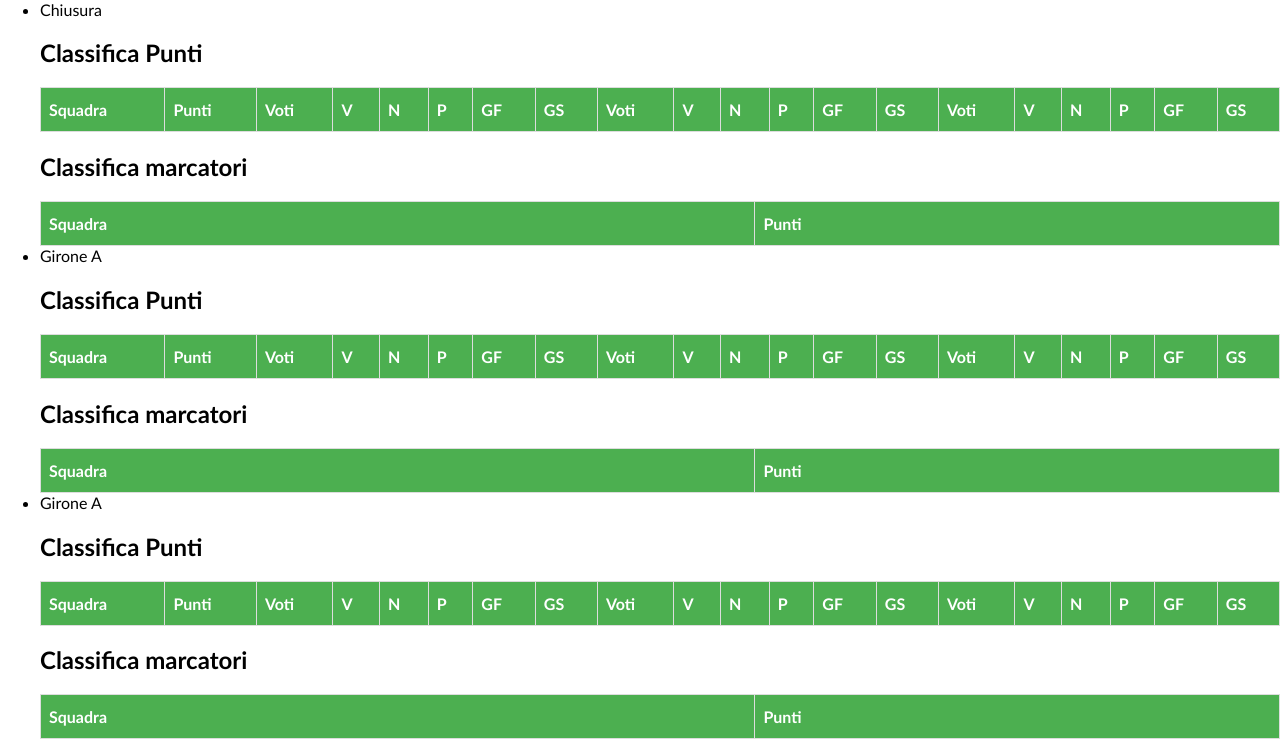
Repository: giuseppeaurilio/susyleague
Page: http://localhost/display_classifiche_peppe.php
These files come from the project's save history. The page is drawn as it stood at one moment and after the next save; the edit follows.
The browser window is 1280 px wide. The pictures show the part of the page from y = 571 to 1523 px (the page is 1326 px tall before and 1573 px after).
The page is run by PHP 8.4 with error messages shown; the project is at /var/www/html/. Style sheets and scripts are compiled from the project's sources, by tool versions that may differ from the author's. The database holds what the project's SQL file puts in it.

Above is the page before, as saved 2019-08-29 18:35:36.

### site/display_classifiche_peppe.php
<?php
include "menu.php";

?>
<link href="style.css" rel="stylesheet" type="text/css">

<style>
body{
	font-family: "Trebuchet MS", Arial, Helvetica, sans-serif;
}
table{
	border-collapse: collapse;
	width: 100%;
}
table th, table td{
	border: 1px solid #ddd;
	padding: 8px;
	}
table tr:nth-child(even){
	background-color: #f2f2f2;
	}
table tr:hover {
	background-color: #ddd;
	}
table th {
	padding-top: 12px;
	padding-bottom: 12px;
	text-align: left;
	background-color: #4CAF50;
	color: white;
}
</style>
<?php
    class RigaClassifica{
        public $idSquadra;
        public $squadra;
        public $punti;
        public $marcatori;
        public $vittorie;
        public $pareggi;
        public $sconfitte;
        public $golfatti;
        public $golsubiti;
        public $marcatoricasa;
        public $vittoriecasa;
        public $pareggicasa;
        public $sconfittecasa;
        public $golfatticasa;
        public $golsubiticasa;
        public $marcatoritrasf;
        public $vittorietrasf;
        public $pareggitrasf;
        public $sconfittetrasf;
        public $golfattitrasf;
        public $golsubititrasf;
    }
    function cmp($a, $b)
    {
        return $a->marcatori < $b->marcatori;
    }
?>
<ul>
<?php
include "display_classifica_apertura.php";
include "display_classifica_chiusura.php";
include "display_classifica_coppa_a.php";
include "display_classifica_coppa_b.php";
?>
</ul>

### site/dbinfo_susyleague.inc.php
<?php
$username="id258940_susy79";
$password="andspe79";
$database="id258940_susy_league";
$localhost = "localhost";
?>

### site/display_classifica_apertura.php
<?php
include "dbinfo_susyleague.inc.php";
#echo $username;
// Create connection
$conn = new mysqli($localhost, $username, $password, $database);

// Check connection
if ($conn->connect_error) {
    die("Connection failed: " . $conn->connect_error);
}
$idgirone=1;
// echo "Connected successfully";
$queryclassifica='CALL getClassifica('.$idgirone.')';
// print_r($queryclassifica);
$result_girone = $conn->query($queryclassifica) or die($conn->error);
// print_r($result_girone);
$arraysquadre = array();
    //recupero i dati dal DB e li trasferisco nell'array di oggetti
while ($row = $result_girone->fetch_assoc()) {
    $temp = new RigaClassifica();
    // print_r($row );
    $temp->idSquadra = $row["idsquadra"];
    $temp->squadra = $row["squadra"];
    $temp->punti = $row["punti"];
    $temp->marcatori = $row["marcatori"];
    $temp->vittorie = $row["vittorie"];
    $temp->pareggi = $row["pareggi"];
    $temp->sconfitte = $row["sconfitte"];
    $temp->golfatti = $row["golfatti"];
    $temp->golsubiti = $row["golsubiti"];
    $temp->marcatoricasa = $row["marcatoric"];
    $temp->vittoriecasa = $row["vittoriec"];
    $temp->pareggicasa = $row["pareggic"];
    $temp->sconfittecasa = $row["sconfittec"];
    $temp->golfatticasa = $row["golfattic"];
    $temp->golsubiticasa = $row["golsubitic"];

    $temp->marcatoritrasf = $row["marcatorit"];
    $temp->vittorietrasf = $row["vittoriet"];
    $temp->pareggitrasf = $row["pareggit"];
    $temp->sconfittetrasf = $row["sconfittet"];
    $temp->golfattitrasf = $row["golfattit"];
    $temp->golsubititrasf = $row["golsubitit"];
    array_push($arraysquadre,$temp);
}
$conn->close();

// print("<pre>".print_r($arraysquadre,true)."</pre>").'<br>';
?>

<li>Apertura </li>

<h2>Classifica Punti</h2>
<table >
<tr>

<th>Squadra</th>
<th>Punti</th>
<th>Voti</th>
<th>V</th>
<th>N</th>
<th>P</th>
<th>GF</th>
<th>GS</th>
<th>Voti</th>
<th>V</th>
<th>N</th>
<th>P</th>
<th>GF</th>
<th>GS</th>
<th>Voti</th>
<th>V</th>
<th>N</th>
<th>P</th>
<th>GF</th>
<th>GS</th>

</tr>
<?php
foreach($arraysquadre as $squadra){
    echo '<tr>';
        echo '<td>'.$squadra->squadra.'</td>';
        echo '<td>'.$squadra->punti.'</td>';
        echo '<td>'.$squadra->marcatori.'</td>';
        echo '<td>'.$squadra->vittorie.'</td>';
        echo '<td>'.$squadra->pareggi.'</td>';
        echo '<td>'.$squadra->sconfitte.'</td>';
        echo '<td>'.$squadra->golfatti.'</td>';
        echo '<td>'.$squadra->golsubiti.'</td>';
        echo '<td>'.$squadra->marcatoricasa.'</td>';
        echo '<td>'.$squadra->vittoriecasa.'</td>';
        echo '<td>'.$squadra->pareggicasa.'</td>';
        echo '<td>'.$squadra->sconfittecasa.'</td>';
        echo '<td>'.$squadra->golfatticasa.'</td>';
        echo '<td>'.$squadra->golsubiticasa.'</td>';
        echo '<td>'.$squadra->marcatoritrasf.'</td>';
        echo '<td>'.$squadra->vittorietrasf.'</td>';
        echo '<td>'.$squadra->pareggitrasf.'</td>';
        echo '<td>'.$squadra->sconfittetrasf.'</td>';
        echo '<td>'.$squadra->golfattitrasf.'</td>';
        echo '<td>'.$squadra->golsubititrasf.'</td>';
    echo '</tr>';
}
?>
</table>

<?php


usort($arraysquadre, "cmp");
?>

<h2>Classifica marcatori</h2>
<table >
<tr>
<th>Squadra</th>
<th>Punti</th>
</tr>

<?php
foreach($arraysquadre as $squadra){
    echo '<tr>';
        echo '<td>'.$squadra->squadra.'</td>';
        echo '<td>'.$squadra->marcatori.'</td>';

    echo '</tr>';
}
?>
</table>

### site/display_classifica_chiusura.php
<?php
include "dbinfo_susyleague.inc.php";
#echo $username;
// Create connection
$conn = new mysqli($localhost, $username, $password, $database);

// Check connection
if ($conn->connect_error) {
    die("Connection failed: " . $conn->connect_error);
}
$idgirone=2;
// echo "Connected successfully";
$queryclassifica='CALL getClassifica('.$idgirone.')';
// print_r($queryclassifica);
$result_girone = $conn->query($queryclassifica) or die($conn->error);
// print_r($result_girone);
$arraysquadre = array();
    //recupero i dati dal DB e li trasferisco nell'array di oggetti
while ($row = $result_girone->fetch_assoc()) {
    $temp = new RigaClassifica();
    // print_r($row );
    $temp->idSquadra = $row["idsquadra"];
    $temp->squadra = $row["squadra"];
    $temp->punti = $row["punti"];
    $temp->marcatori = $row["marcatori"];
    $temp->vittorie = $row["vittorie"];
    $temp->pareggi = $row["pareggi"];
    $temp->sconfitte = $row["sconfitte"];
    $temp->golfatti = $row["golfatti"];
    $temp->golsubiti = $row["golsubiti"];
    $temp->marcatoricasa = $row["marcatoric"];
    $temp->vittoriecasa = $row["vittoriec"];
    $temp->pareggicasa = $row["pareggic"];
    $temp->sconfittecasa = $row["sconfittec"];
    $temp->golfatticasa = $row["golfattic"];
    $temp->golsubiticasa = $row["golsubitic"];

    $temp->marcatoritrasf = $row["marcatorit"];
    $temp->vittorietrasf = $row["vittoriet"];
    $temp->pareggitrasf = $row["pareggit"];
    $temp->sconfittetrasf = $row["sconfittet"];
    $temp->golfattitrasf = $row["golfattit"];
    $temp->golsubititrasf = $row["golsubitit"];
    array_push($arraysquadre,$temp);
}
$conn->close();

// print("<pre>".print_r($arraysquadre,true)."</pre>").'<br>';
?>
<li>Chiusura </li>

<h2>Classifica Punti</h2>
<table >
<tr>

<th>Squadra</th>
<th>Punti</th>
<th>Voti</th>
<th>V</th>
<th>N</th>
<th>P</th>
<th>GF</th>
<th>GS</th>
<th>Voti</th>
<th>V</th>
<th>N</th>
<th>P</th>
<th>GF</th>
<th>GS</th>
<th>Voti</th>
<th>V</th>
<th>N</th>
<th>P</th>
<th>GF</th>
<th>GS</th>

</tr>
<?php
foreach($arraysquadre as $squadra){
    echo '<tr>';
        echo '<td>'.$squadra->squadra.'</td>';
        echo '<td>'.$squadra->punti.'</td>';
        echo '<td>'.$squadra->marcatori.'</td>';
        echo '<td>'.$squadra->vittorie.'</td>';
        echo '<td>'.$squadra->pareggi.'</td>';
        echo '<td>'.$squadra->sconfitte.'</td>';
        echo '<td>'.$squadra->golfatti.'</td>';
        echo '<td>'.$squadra->golsubiti.'</td>';
        echo '<td>'.$squadra->marcatoricasa.'</td>';
        echo '<td>'.$squadra->vittoriecasa.'</td>';
        echo '<td>'.$squadra->pareggicasa.'</td>';
        echo '<td>'.$squadra->sconfittecasa.'</td>';
        echo '<td>'.$squadra->golfatticasa.'</td>';
        echo '<td>'.$squadra->golsubiticasa.'</td>';
        echo '<td>'.$squadra->marcatoritrasf.'</td>';
        echo '<td>'.$squadra->vittorietrasf.'</td>';
        echo '<td>'.$squadra->pareggitrasf.'</td>';
        echo '<td>'.$squadra->sconfittetrasf.'</td>';
        echo '<td>'.$squadra->golfattitrasf.'</td>';
        echo '<td>'.$squadra->golsubititrasf.'</td>';
    echo '</tr>';
}
?>
</table>

<?php
usort($arraysquadre, "cmp");
?>

<h2>Classifica marcatori</h2>
<table >
<tr>
<th>Squadra</th>
<th>Punti</th>
</tr>

<?php
foreach($arraysquadre as $squadra){
    echo '<tr>';
        echo '<td>'.$squadra->squadra.'</td>';
        echo '<td>'.$squadra->marcatori.'</td>';

    echo '</tr>';
}
?>
</table>

### site/display_classifica_coppa_a.php
<?php
include "dbinfo_susyleague.inc.php";
#echo $username;
// Create connection
$conn = new mysqli($localhost, $username, $password, $database);

// Check connection
if ($conn->connect_error) {
    die("Connection failed: " . $conn->connect_error);
}
$idgirone=4;
// echo "Connected successfully";
$queryclassifica='CALL getClassifica('.$idgirone.')';
// print_r($queryclassifica);
$result_girone = $conn->query($queryclassifica) or die($conn->error);
// print_r($result_girone);
$arraysquadre = array();
    //recupero i dati dal DB e li trasferisco nell'array di oggetti
while ($row = $result_girone->fetch_assoc()) {
    $temp = new RigaClassifica();
    // print_r($row );
    $temp->idSquadra = $row["idsquadra"];
    $temp->squadra = $row["squadra"];
    $temp->punti = $row["punti"];
    $temp->marcatori = $row["marcatori"];
    $temp->vittorie = $row["vittorie"];
    $temp->pareggi = $row["pareggi"];
    $temp->sconfitte = $row["sconfitte"];
    $temp->golfatti = $row["golfatti"];
    $temp->golsubiti = $row["golsubiti"];
    $temp->marcatoricasa = $row["marcatoric"];
    $temp->vittoriecasa = $row["vittoriec"];
    $temp->pareggicasa = $row["pareggic"];
    $temp->sconfittecasa = $row["sconfittec"];
    $temp->golfatticasa = $row["golfattic"];
    $temp->golsubiticasa = $row["golsubitic"];

    $temp->marcatoritrasf = $row["marcatorit"];
    $temp->vittorietrasf = $row["vittoriet"];
    $temp->pareggitrasf = $row["pareggit"];
    $temp->sconfittetrasf = $row["sconfittet"];
    $temp->golfattitrasf = $row["golfattit"];
    $temp->golsubititrasf = $row["golsubitit"];
    array_push($arraysquadre,$temp);
}
$conn->close();

// print("<pre>".print_r($arraysquadre,true)."</pre>").'<br>';
?>
<li>Girone A </li>

<h2>Classifica Punti</h2>
<table >
<tr>

<th>Squadra</th>
<th>Punti</th>
<th>Voti</th>
<th>V</th>
<th>N</th>
<th>P</th>
<th>GF</th>
<th>GS</th>
<th>Voti</th>
<th>V</th>
<th>N</th>
<th>P</th>
<th>GF</th>
<th>GS</th>
<th>Voti</th>
<th>V</th>
<th>N</th>
<th>P</th>
<th>GF</th>
<th>GS</th>

</tr>
<?php
foreach($arraysquadre as $squadra){
    echo '<tr>';
        echo '<td>'.$squadra->squadra.'</td>';
        echo '<td>'.$squadra->punti.'</td>';
        echo '<td>'.$squadra->marcatori.'</td>';
        echo '<td>'.$squadra->vittorie.'</td>';
        echo '<td>'.$squadra->pareggi.'</td>';
        echo '<td>'.$squadra->sconfitte.'</td>';
        echo '<td>'.$squadra->golfatti.'</td>';
        echo '<td>'.$squadra->golsubiti.'</td>';
        echo '<td>'.$squadra->marcatoricasa.'</td>';
        echo '<td>'.$squadra->vittoriecasa.'</td>';
        echo '<td>'.$squadra->pareggicasa.'</td>';
        echo '<td>'.$squadra->sconfittecasa.'</td>';
        echo '<td>'.$squadra->golfatticasa.'</td>';
        echo '<td>'.$squadra->golsubiticasa.'</td>';
        echo '<td>'.$squadra->marcatoritrasf.'</td>';
        echo '<td>'.$squadra->vittorietrasf.'</td>';
        echo '<td>'.$squadra->pareggitrasf.'</td>';
        echo '<td>'.$squadra->sconfittetrasf.'</td>';
        echo '<td>'.$squadra->golfattitrasf.'</td>';
        echo '<td>'.$squadra->golsubititrasf.'</td>';
    echo '</tr>';
}
?>
</table>

<?php
usort($arraysquadre, "cmp");
?>

<h2>Classifica marcatori</h2>
<table >
<tr>
<th>Squadra</th>
<th>Punti</th>
</tr>

<?php
foreach($arraysquadre as $squadra){
    echo '<tr>';
        echo '<td>'.$squadra->squadra.'</td>';
        echo '<td>'.$squadra->marcatori.'</td>';

    echo '</tr>';
}
?>
</table>

### site/display_classifica_coppa_b.php
<?php
include "dbinfo_susyleague.inc.php";
#echo $username;
// Create connection
$conn = new mysqli($localhost, $username, $password, $database);

// Check connection
if ($conn->connect_error) {
    die("Connection failed: " . $conn->connect_error);
}
$idgirone=5;
// echo "Connected successfully";
$queryclassifica='CALL getClassifica('.$idgirone.')';
// print_r($queryclassifica);
$result_girone = $conn->query($queryclassifica) or die($conn->error);
// print_r($result_girone);
$arraysquadre = array();
    //recupero i dati dal DB e li trasferisco nell'array di oggetti
while ($row = $result_girone->fetch_assoc()) {
    $temp = new RigaClassifica();
    // print_r($row );
    $temp->idSquadra = $row["idsquadra"];
    $temp->squadra = $row["squadra"];
    $temp->punti = $row["punti"];
    $temp->marcatori = $row["marcatori"];
    $temp->vittorie = $row["vittorie"];
    $temp->pareggi = $row["pareggi"];
    $temp->sconfitte = $row["sconfitte"];
    $temp->golfatti = $row["golfatti"];
    $temp->golsubiti = $row["golsubiti"];
    $temp->marcatoricasa = $row["marcatoric"];
    $temp->vittoriecasa = $row["vittoriec"];
    $temp->pareggicasa = $row["pareggic"];
    $temp->sconfittecasa = $row["sconfittec"];
    $temp->golfatticasa = $row["golfattic"];
    $temp->golsubiticasa = $row["golsubitic"];

    $temp->marcatoritrasf = $row["marcatorit"];
    $temp->vittorietrasf = $row["vittoriet"];
    $temp->pareggitrasf = $row["pareggit"];
    $temp->sconfittetrasf = $row["sconfittet"];
    $temp->golfattitrasf = $row["golfattit"];
    $temp->golsubititrasf = $row["golsubitit"];
    array_push($arraysquadre,$temp);
}
$conn->close();

// print("<pre>".print_r($arraysquadre,true)."</pre>").'<br>';
?>
<li>Girone A </li>

<h2>Classifica Punti</h2>
<table >
<tr>

<th>Squadra</th>
<th>Punti</th>
<th>Voti</th>
<th>V</th>
<th>N</th>
<th>P</th>
<th>GF</th>
<th>GS</th>
<th>Voti</th>
<th>V</th>
<th>N</th>
<th>P</th>
<th>GF</th>
<th>GS</th>
<th>Voti</th>
<th>V</th>
<th>N</th>
<th>P</th>
<th>GF</th>
<th>GS</th>

</tr>
<?php
foreach($arraysquadre as $squadra){
    echo '<tr>';
        echo '<td>'.$squadra->squadra.'</td>';
        echo '<td>'.$squadra->punti.'</td>';
        echo '<td>'.$squadra->marcatori.'</td>';
        echo '<td>'.$squadra->vittorie.'</td>';
        echo '<td>'.$squadra->pareggi.'</td>';
        echo '<td>'.$squadra->sconfitte.'</td>';
        echo '<td>'.$squadra->golfatti.'</td>';
        echo '<td>'.$squadra->golsubiti.'</td>';
        echo '<td>'.$squadra->marcatoricasa.'</td>';
        echo '<td>'.$squadra->vittoriecasa.'</td>';
        echo '<td>'.$squadra->pareggicasa.'</td>';
        echo '<td>'.$squadra->sconfittecasa.'</td>';
        echo '<td>'.$squadra->golfatticasa.'</td>';
        echo '<td>'.$squadra->golsubiticasa.'</td>';
        echo '<td>'.$squadra->marcatoritrasf.'</td>';
        echo '<td>'.$squadra->vittorietrasf.'</td>';
        echo '<td>'.$squadra->pareggitrasf.'</td>';
        echo '<td>'.$squadra->sconfittetrasf.'</td>';
        echo '<td>'.$squadra->golfattitrasf.'</td>';
        echo '<td>'.$squadra->golsubititrasf.'</td>';
    echo '</tr>';
}
?>
</table>

<?php
usort($arraysquadre, "cmp");
?>

<h2>Classifica marcatori</h2>
<table >
<tr>
<th>Squadra</th>
<th>Punti</th>
</tr>

<?php
foreach($arraysquadre as $squadra){
    echo '<tr>';
        echo '<td>'.$squadra->squadra.'</td>';
        echo '<td>'.$squadra->marcatori.'</td>';

    echo '</tr>';
}
?>
</table>

### site/Struttura2019/css/style.scss
@font-face {
    font-family: "SusyLeagueFont";
    src: url(../font/Champions-Bold.ttf) format("truetype");
}

header {
    overflow: hidden;
    // background-color: black;
    color: white;
    justify-content: center;
    background: #000000 url('../images/header.png') 100% 100% no-repeat;
    // -webkit-background-size: cover;
    // -moz-background-size: cover;
    // -o-background-size: cover;
    // background-size: cover;
    // background-repeat: no-repeat;
    // background-attachment: fixed;
    background-position: center;
}
header h1{
    width: 100%;
    vertical-align: middle;
    height: auto;
    text-align: center;
}

header figure{
    width: 30%;
    text-align: center;
}

// header #imghb {
// margin-left: 50%;
// transform: translateX(-50%);

// }

body{
    font-family: "SusyLeagueFont", sans-serif, Verdana, Tahoma;
    margin: 0;
}

footer{
    overflow: hidden;
    height: auto;
    // background-color: black;
    color: white;
    justify-content: center;
    background: #000000;
    // -webkit-background-size: cover;
    // -moz-background-size: cover;
    // -o-background-size: cover;
    // background-size: cover;
    // background-repeat: no-repeat;
    // background-attachment: fixed;
    background-position: bottom;
}

### site/DB/id258940_susy_league.sql (the tables this page reads)
CREATE TABLE `generale` (
  `nome_parametro` text NOT NULL,
  `valore` text NOT NULL,
  `id_parametro` int(11) NOT NULL
) ENGINE=MyISAM DEFAULT CHARSET=latin1;

INSERT INTO `generale` (`nome_parametro`, `valore`, `id_parametro`) VALUES
('anno', '2018/2019', 1),
('fantamilioni', '400', 2),
('addizionale_casa', '1', 3),
('password_presidente', 'vivailpresidente', 4);

ALTER TABLE `generale`
  ADD PRIMARY KEY (`id_parametro`);

ALTER TABLE `generale`
  MODIFY `id_parametro` int(11) NOT NULL AUTO_INCREMENT, AUTO_INCREMENT=5;

CREATE TABLE `sq_fantacalcio` (
  `id` int(11) NOT NULL,
  `squadra` varchar(50) DEFAULT NULL,
  `allenatore` varchar(50) DEFAULT NULL,
  `telefono` varchar(50) DEFAULT NULL,
  `email` varchar(50) DEFAULT NULL,
  `password` varchar(45) DEFAULT NULL
) ENGINE=MyISAM DEFAULT CHARSET=latin1;

INSERT INTO `sq_fantacalcio` (`id`, `squadra`, `allenatore`, `telefono`, `email`, `password`) VALUES
(1, 'I NANI', 'Peppino', '3475258776', 'giuseppeaurilio@gmail.com', 'peppino1'),
(2, 'Atletico ero na volta', 'Antonio', '3296585405', 'michela.valentini65@gmail.com', 'ziapeppina'),
(3, 'Salsino Forever', 'Filippo', '3666652788', 'mdhsurp@tin.it', 'pagliafili74'),
(4, 'Eni Cafè di B.A.', 'Salsino', '3205687266', 'danielerotondo@virgilio.it', 'anastapigrec'),
(5, 'Vota Micheli', 'Giorgio', '3275314408', 'giorgiogasbarrini@gmail.com', 'giorgio1'),
(6, 'Nuova Romanina', 'Arcangelo', '3208181537', 'percibol@hotmail.it', 'arcangelo83'),
(7, 'Prosut!', 'Gianluca', '3470424164', 'gianlucapupparo@libero.it', 'glcppp79'),
(8, 'Azienda Paam', 'Andrea', '3339202335', 'andryu.pa@alice.it', 'lodicevoche'),
(9, 'AS Valle SantAndrea', 'Rotondo', '3284814155', 'rotondo-andrea@libero.it', 'mbriacono1'),
(10, 'Ronie Merda', 'Carlo', '93930259379', 'carlo.sciandrone@gmail.com', 'vecchioporcoficcatore'),
(11, 'Organizzazione Zero', 'Figurino', '3332865311', 'campolifigu@hotmail.it', 'claudia1986'),
(12, 'AS Venere', 'MDeP', '3488880712', 'dep.mario@gmail.com', 'vivalabevanda1');

ALTER TABLE `sq_fantacalcio`
  ADD PRIMARY KEY (`id`);

ALTER TABLE `sq_fantacalcio`
  MODIFY `id` int(11) NOT NULL AUTO_INCREMENT, AUTO_INCREMENT=13;

### site/display_classifica_aggregate.php
<?php
include "dbinfo_susyleague.inc.php";
#echo $username;
// Create connection
$conn = new mysqli($localhost, $username, $password, $database);

// Check connection
if ($conn->connect_error) {
    die("Connection failed: " . $conn->connect_error);
}

// echo "Connected successfully";
$queryclassifica='CALL getClassificaAggregate()';
// print_r($queryclassifica);
$result_girone = $conn->query($queryclassifica) or die($conn->error);
// print_r($result_girone);
$arraysquadre = array();
    //recupero i dati dal DB e li trasferisco nell'array di oggetti
while ($row = $result_girone->fetch_assoc()) {
    $temp = new RigaClassifica();
    // print_r($row );
    $temp->idSquadra = $row["idsquadra"];
    $temp->squadra = $row["squadra"];
    $temp->punti = $row["punti"];
    $temp->marcatori = $row["marcatori"];
    $temp->vittorie = $row["vittorie"];
    $temp->pareggi = $row["pareggi"];
    $temp->sconfitte = $row["sconfitte"];
    $temp->golfatti = $row["golfatti"];
    $temp->golsubiti = $row["golsubiti"];
    $temp->marcatoricasa = $row["marcatoric"];
    $temp->vittoriecasa = $row["vittoriec"];
    $temp->pareggicasa = $row["pareggic"];
    $temp->sconfittecasa = $row["sconfittec"];
    $temp->golfatticasa = $row["golfattic"];
    $temp->golsubiticasa = $row["golsubitic"];

    $temp->marcatoritrasf = $row["marcatorit"];
    $temp->vittorietrasf = $row["vittoriet"];
    $temp->pareggitrasf = $row["pareggit"];
    $temp->sconfittetrasf = $row["sconfittet"];
    $temp->golfattitrasf = $row["golfattit"];
    $temp->golsubititrasf = $row["golsubitit"];
    array_push($arraysquadre,$temp);
}
$conn->close();

// print("<pre>".print_r($arraysquadre,true)."</pre>").'<br>';
?>
<li>Chiusura </li>

<h2>Classifica Punti</h2>
<table >
<tr>

<th>Squadra</th>
<th>Punti</th>
<th>Voti</th>
<th>V</th>
<th>N</th>
<th>P</th>
<th>GF</th>
<th>GS</th>
<th>Voti</th>
<th>V</th>
<th>N</th>
<th>P</th>
<th>GF</th>
<th>GS</th>
<th>Voti</th>
<th>V</th>
<th>N</th>
<th>P</th>
<th>GF</th>
<th>GS</th>

</tr>
<?php
foreach($arraysquadre as $squadra){
    echo '<tr>';
        echo '<td>'.$squadra->squadra.'</td>';
        echo '<td>'.$squadra->punti.'</td>';
        echo '<td>'.$squadra->marcatori.'</td>';
        echo '<td>'.$squadra->vittorie.'</td>';
        echo '<td>'.$squadra->pareggi.'</td>';
        echo '<td>'.$squadra->sconfitte.'</td>';
        echo '<td>'.$squadra->golfatti.'</td>';
        echo '<td>'.$squadra->golsubiti.'</td>';
        echo '<td>'.$squadra->marcatoricasa.'</td>';
        echo '<td>'.$squadra->vittoriecasa.'</td>';
        echo '<td>'.$squadra->pareggicasa.'</td>';
        echo '<td>'.$squadra->sconfittecasa.'</td>';
        echo '<td>'.$squadra->golfatticasa.'</td>';
        echo '<td>'.$squadra->golsubiticasa.'</td>';
        echo '<td>'.$squadra->marcatoritrasf.'</td>';
        echo '<td>'.$squadra->vittorietrasf.'</td>';
        echo '<td>'.$squadra->pareggitrasf.'</td>';
        echo '<td>'.$squadra->sconfittetrasf.'</td>';
        echo '<td>'.$squadra->golfattitrasf.'</td>';
        echo '<td>'.$squadra->golsubititrasf.'</td>';
    echo '</tr>';
}
?>
</table>

<?php
usort($arraysquadre, "cmp");
?>

<h2>Classifica marcatori</h2>
<table >
<tr>
<th>Squadra</th>
<th>Punti</th>
</tr>

<?php
foreach($arraysquadre as $squadra){
    echo '<tr>';
        echo '<td>'.$squadra->squadra.'</td>';
        echo '<td>'.$squadra->marcatori.'</td>';

    echo '</tr>';
}
?>
</table>

Loaded but not shown: site/menu.php (206 lines, source omitted)

After the next save:
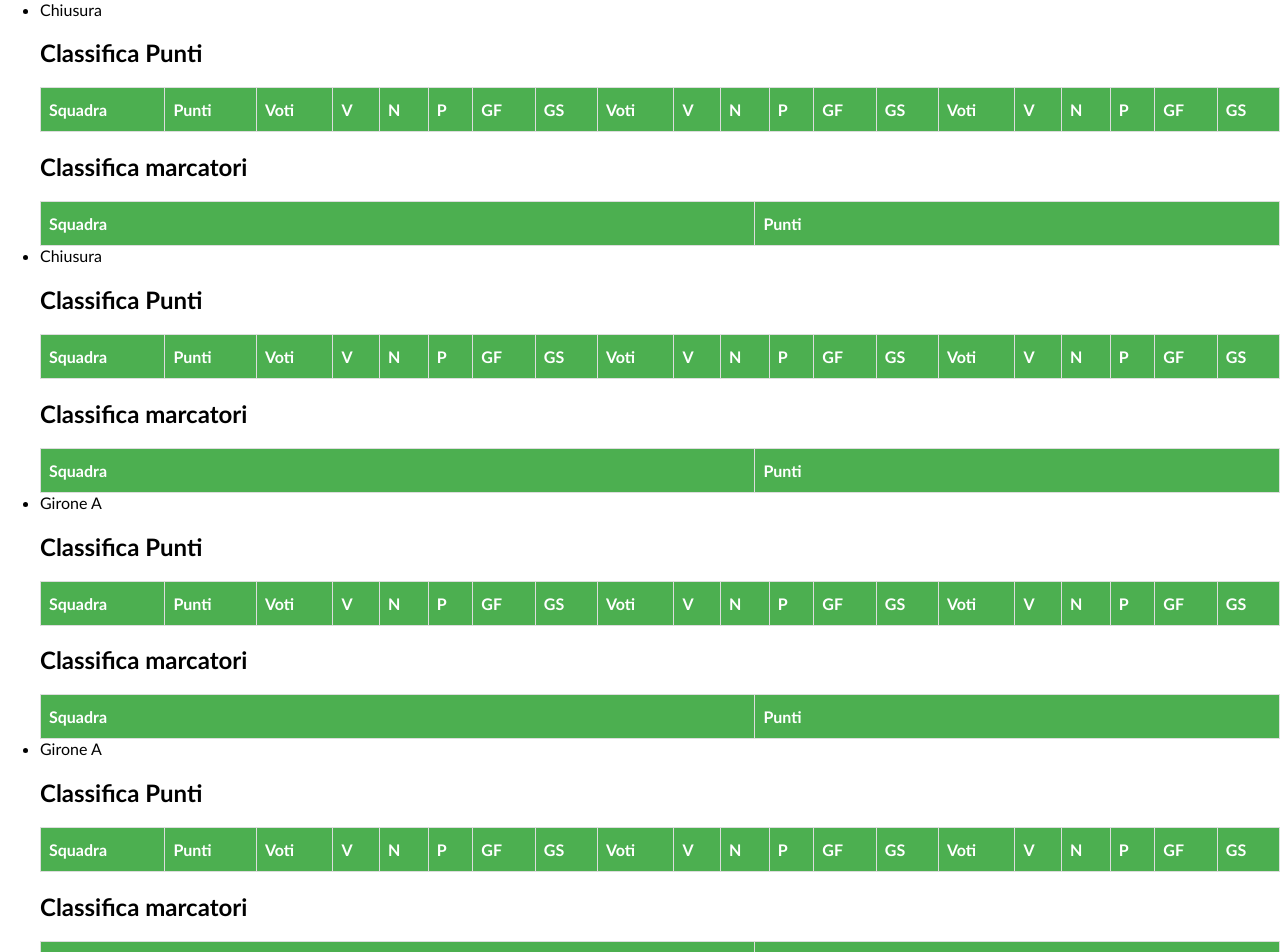
Saved 20 s later.
--- a/site/display_classifiche_peppe.php
+++ b/site/display_classifiche_peppe.php
@@ -63,6 +63,7 @@ table th {
 <?php
 include "display_classifica_apertura.php";
 include "display_classifica_chiusura.php";
+include "display_classifica_aggregate.php";
 include "display_classifica_coppa_a.php";
 include "display_classifica_coppa_b.php";
 ?>
